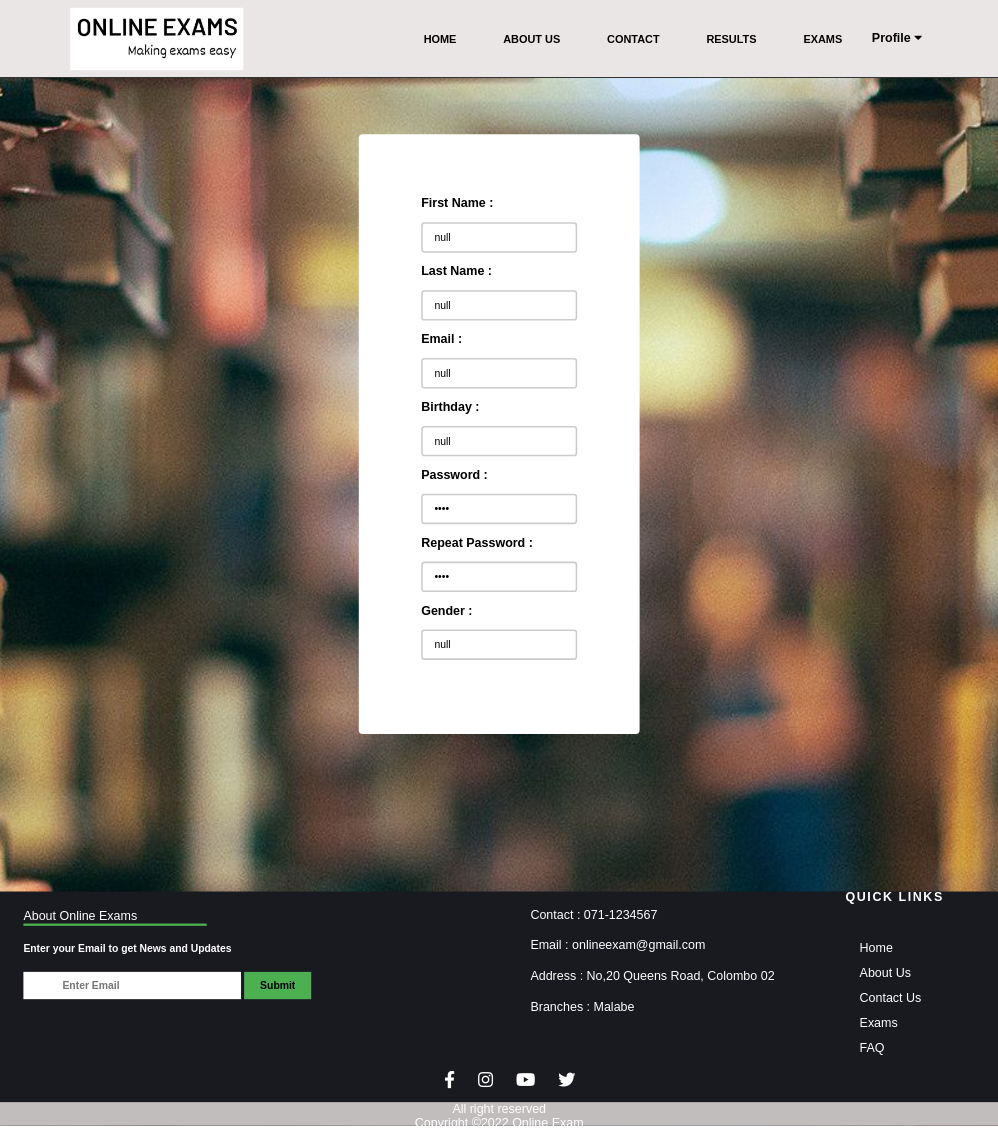
Repository: Isurinda-Shamika/online-exam
Page: http://localhost/online_exam/update_profile.jsp
An editor plug-in stored every save of this project. The page is shown before and after the next save, followed by the edit.
The browser window is 1280 px wide. The pictures show the whole page, at 78% of full size.
Some web libraries are served in a nearby version. The page is served by Tomcat 9. Nobody is signed in. The application's start-up code is not run. Other server files are loaded and not shown.

Above is the page before, as saved 2022-11-09 21:58:38.

### online exam/src/main/webapp/update_profile.jsp
<%@ page language="java" contentType="text/html; charset=ISO-8859-1"
    pageEncoding="ISO-8859-1"%>
<!DOCTYPE html>
<html>
<head>

	<title>Registration Page</title>
	<link rel="stylesheet" type="text/css" href="CSS/register.css">
	<!--Bootstrap website link to get social media icons(use.fontawesome.com)-->
	<link
      rel="stylesheet"
      href="https://use.fontawesome.com/releases/v5.13.0/css/all.css"
      integrity="sha384-Bfad6CLCknfcloXFOyFnlgtENryhrpZCe29RTifKEixXQZ38WheV+i/6YWSzkz3V"
      crossorigin="anonymous"/>
	  <script src="JS/register.js"></script>
	<script src=""></script>

</head>
<body>
	<!--Header-->
	<!--Navigation Bar-->

	<nav>
		<a href="home.html"><img src="Images/logo.jpeg" class="logo"></a>
		<ul>
			<li><a href="home.html">Home</a></li>
			<li><a href="about-us.html">About Us</a></li>
			<li><a href="contact.html">Contact</a></li>
			<li><a href="results.html">Results</a></li>
			<li><a href="Exams.html">Exams</a></li>
			<div class="dropdown">
				<button class="dropbtn">Profile
				<i class="fa fa-caret-down"></i>
				</button>
				<div class="dropdown-content">
                    <a href="login.html">Sign In</a>
				</div>
			</div>
		</ul>
	</nav>
	<br>
	<br>
	<br>
	<br>
	<br>
	<br>
<div class = register_page>
	<!--Register Form-->
	<div class = form>

        <body>
            <div class="register-wrapper">
                <div class="form">
                    <form action="updatecustomer" method="POST" id="reg_form">
                        <div>
                            <div class="form-group">
                                <label for="fname"><b>First Name  :</b></label>
                                <input class="form-element" type="text" id="fname" name="fname" placeholder="Your name.." autocomplete="off" value="<%=session.getAttribute("fname") %>" required>

                            </div>
                            <div class="form-group">
                                <label for="lname"><b>Last Name :</b></label>
                                <input class="form-element" type="text" id="lname" name="lname" placeholder="Your last name.."  value="<%=session.getAttribute("lname") %>" autocomplete="off" required>
                            </div>
                        </div>
                        <div>
                            <div class="form-group">
                                <label for="email"><b>Email :</b></label>
                                <input class="form-element" type="text" id="email" name="email"  value="<%=session.getAttribute("email") %>" placeholder="Your valide email.." autocomplete="off">

                            </div>
                            <div class="form-group">
                                <label for="birthday"><b>Birthday :</b></label>
                                <input class="form-element" type="text" id="birthday" name="birthday" value="<%=session.getAttribute("birthday") %>" required>

                            </div>
                        </div>
                        <div>
                            <div class="form-group">
                                <label for="password"><b>Password :</b> </label>
                                <input class="form-element" type="password" id="password" name="password" placeholder="Enter your password.." value="<%=session.getAttribute("password") %>" autocomplete="off">

                            </div>
                            <div class="form-group">
                                <label for="password_repeat"><b>Repeat Password :</b></label>
                                <input class="form-element" type="password" placeholder="Confirm  Password" name="repassword" value="<%=session.getAttribute("repassword") %>" id="password_repeat" autocomplete="off">

                            </div>
                        </div>
                        <div>
                            <div class="form-group" >
                                <b>Gender :</b>
                                <input class="form-radio" type="text" name="gender" value="<%=session.getAttribute("gender") %>" id="male"  >

                            </div>
                        </div>
                        <div>

                        </div>


                    </form>
                </div>
            </div>
                    </body>

        </html>
    </div>
</div>



        <!--Footer-->
        <hr class = "line-before-footer">
        <footer>
            <div class="footer_content">
                <div class="center_details">
                    <ul class="details">
                        <li>Contact : 071-1234567</li>
                        <li>Email : onlineexam@gmail.com</li>
                        <li>Address : No,20 Queens Road, Colombo 02</li>
                        <li>Branches : Malabe</li>
                    </ul>

                </div>
                <div class="left_col">
                    <h7>About Online Exams</h7>
                    <div class="border"></div>
                    <h5>Enter your Email to get News and Updates</h5>
                    <form action="" class="newsletter_form">
                        <input type="Email" class="txt" placeholder="Enter Email" name="">
                        <input type="submit" class="btnsubmit" value="Submit" name="">

                    </form>
                </div>
                <div class="footer_links">
                    <h4>Quick Links</h4>
                    <ul>
                        <li><a href="home.html">Home</a></li>
                        <li><a href="about-us.html">About Us</a></li>
                        <li><a href="contact.html">Contact Us</a></li>
                        <li><a href="exams.html">Exams</a></li>
                        <li><a href="faq.html">FAQ</a></li>
                    </ul>
                </div>
            </div>

                <div class="social">
                    <a href="https://www.facebook.com" target="_blank"><i class="fab fa-facebook-f"></i></a>
                    <a href="https://www.instagram.com" target="_blank"><i class="fab fa-instagram"></i></a>
                    <a href="https://www.youtube.com" target="_blank"><i class="fab fa-youtube"></i></a>
                    <a href="https://www.twitter.com" target="_blank"><i class="fab fa-twitter"></i></a>
                </div>
        </div>
            <div class="footer_bottom">
                <h8>All right reserved<br/>Copyright &copy;2022 Online Exam</h8>
            </div>
        </footer>
    </body>
</html>

### online exam/src/main/webapp/CSS/register.css
body{
	background-image: url("../images/book.jpg");
	height: 100%;
	background-position: center;
    background-repeat: no-repeat;
    background-size: cover;
	margin: 0;
    padding: 0;
    font-family: Arial;
    background-color: rgb(255, 255, 255);
}

p{
    color: #000000;
}
nav{
    position: absolute;
    top: 0;
    left: 0;
    width: 100%;
    height: 100px;
    padding: 10px 90px;
    box-sizing: border-box;
    background:rgb(235, 230, 230);
    border-bottom:1px solid #000000;
 z-index: 1;
}

.logo{
    width: 222px;
    cursor: pointer;
}

nav ul{
    list-style: none;
    float: right;
    margin: 0;
    padding: 0;
    display: flex;
}

nav ul li a{
    line-height: 80px;
    color: rgb(0, 0, 0);
    padding: 12px 30px;
    text-decoration: none;
    font-size: 14px;
    font-weight: bold;
    text-transform: uppercase;
}

nav ul li a:hover{
   color: #4caf50;
}

.dropdown {
 float: left;
 overflow: hidden;
}

.dropdown .dropbtn {
    font-size: 16px;
    border: none;
    outline: none;
    color: rgb(0, 0, 0);
    padding: 30px 8px 5px 8px;
    background-color: inherit;
    font-family: Arial;
    margin: 0;
    font-weight:Bold;
}

.navbar a:hover, .dropdown:hover .dropbtn {
 color: #4caf50;
}

.dropdown-content {
    display: none;
    position: absolute;
    background-color: rgb(0, 0, 0);
    min-width: 160px;
    box-shadow: 0px 8px 16px 0px rgba(0,0,0,0.2);
    z-index: 1;
}

.dropdown-content a {
 float: none;
 color: white;
 padding: 12px 25px;
 text-decoration: none;
 display: block;
 text-align: left;
}

.dropdown-content a:hover {
 background-color: #4caf50;
}

.dropdown:hover .dropdown-content {
 display: block;
}

.line-before-footer{
 background-color: transparent;
 border-color:transparent;
 margin-top: 140px;
}

.register_page{
	width: 360px;
	padding: 5%;
	margin: auto;
}

.form{
  border-radius: 5px;
  background-color: f;
  padding: 40px;
  position: relative;
  z-index: 1;
  background: #ffffff;
  max-width: 400px;
  margin: auto;
  text-align: left;
}

.form input{
  width: 100%;
  padding: 10px 15px;
  margin: 15px 0;
  display: inline-block;
  border: 2px solid #ccc;
  border-radius: 4px;
  box-sizing: border-box;
}

.btn{
  width: 100%;
  background-color: #4CAF50;
  color: white;
  padding: 20px 25px;
  margin: 20px 0;
  border: none;
  border-radius: 4px;
  cursor: pointer;
}

.btn:hover  {
  background: rgb(255, 196, 0);
}

.topic{
   font-family: "Arial", sans-serif;
   width: 100%;
   text-align: center;
   border-bottom: 1px solid #000;
   line-height: 0.1em;
   margin: 10px 0 20px;
}

.topic span {
    background:#fff;
    padding:0 10px;
}

footer{
 background: #191920;
 height: 300px;
 color: white;
 position: relative;
 margin-top: -20px;
}

.footer_bottom{
 background: rgb(194, 189, 189);
 height: 30px;
 width: 100%;
 text-align: center;
 position: absolute;
 bottom: 0px;
 left: 0px;
 padding-top: 0px;
}

.social{
 margin: 20px ;
 margin-left: 32%;
 position: absolute;
 bottom: 25px;
 left: 12.5%;
 right: 35px;
}

.social a{
 color: #fff;
 margin-right: 25px;
 font-size: 22px;
 text-decoration: none;
 transition: .3s linear;
}

.social a:hover{
 color: #2196f3;
}

.footer_links{
 float: right;
 margin-right: 50px;
 position: sticky;
}

.footer_links li{
 list-style: none;
 margin-left: 18px;

}

.footer_links a{
 text-decoration: none;
 color: white;
 line-height: 2;
}

.footer_links h4{
 letter-spacing: 2px;
 text-transform: uppercase;
 margin-top: -160px;
 margin-left: 20px;
 padding: 20px;
}

.footer_links a:hover{
 color: #4caf50;
}

.left_col{
 margin-top: -150px;
 margin-left: 30px;
}

h5{
    font-family:'Arial';
}

.center_details {
 padding-left: 240px;
}

.border{
 width: 235px;
 height: 3px;
 background: #4caf50;
}

.newletter_form{
 display: flex;
 justify-content: center;
 flex-wrap: wrap;
}

.txt{
 flex: 1;
 padding: 10px 50px;
 font-weight: 700;
 border: none;
 outline: none;
}

.btnsubmit{
 flex: 1;
 padding: 10px 20px;
 font-weight: 700;
 border: none;
 background: #4caf50;
}

.btn:hover{
 background: rgb(255, 196, 0);
}

.details li{
 list-style: none;
 margin-left: 400px;
 line-height: 1.2;
 padding-top: 20px;
}

### online exam/src/main/webapp/JS/register.js
function func(){
    alert("Registered Successfully!");
  }

After the next save:
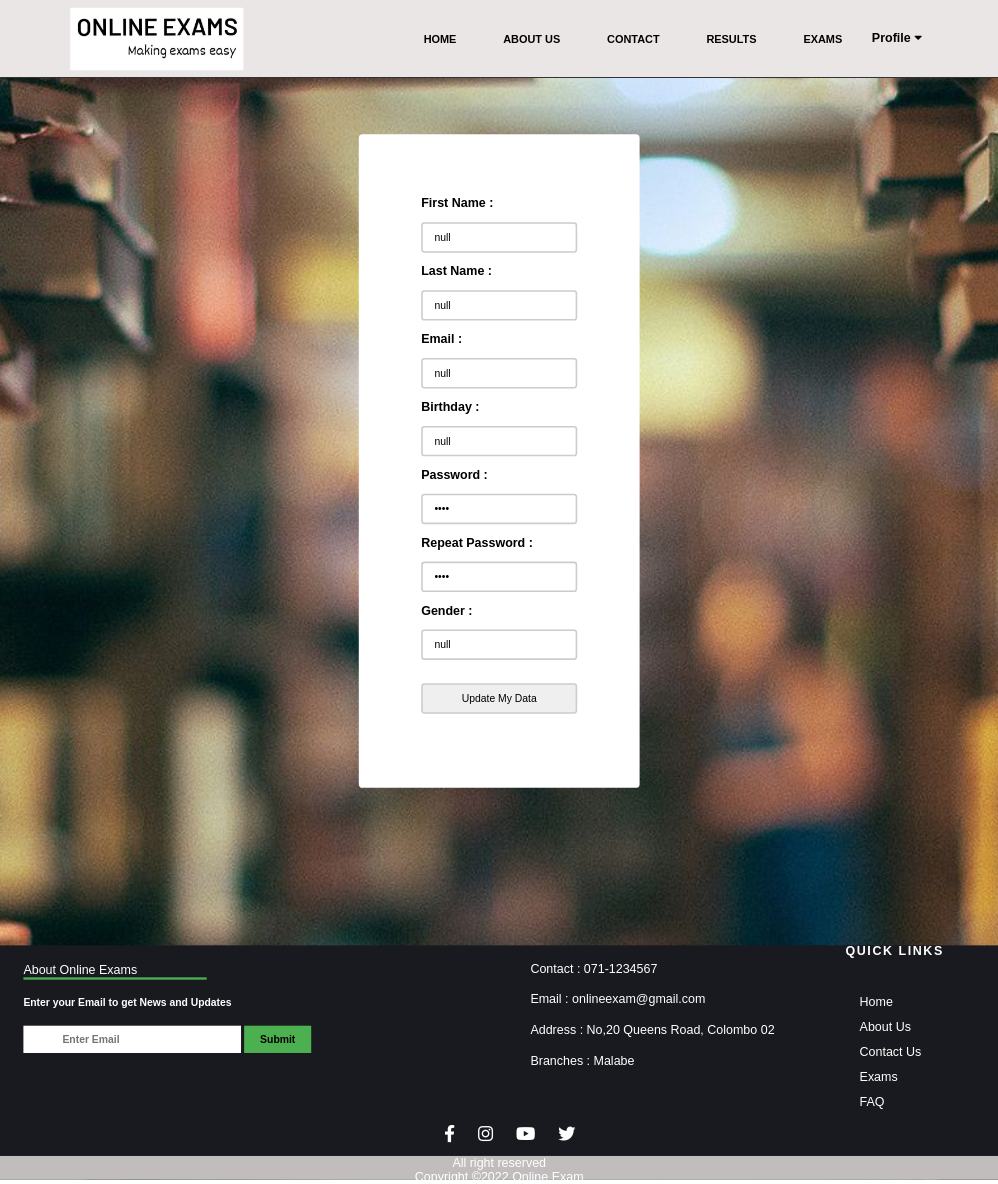
Saved 2 min 52 s later.
--- a/online exam/src/main/webapp/update_profile.jsp
+++ b/online exam/src/main/webapp/update_profile.jsp
@@ -94,8 +94,8 @@
 
                             </div>
                         </div>
-                        <div>
-
+                        <div class="form-group">
+         						<input type="submit" name="submit" value="Update My Data">
                         </div>
 
 
